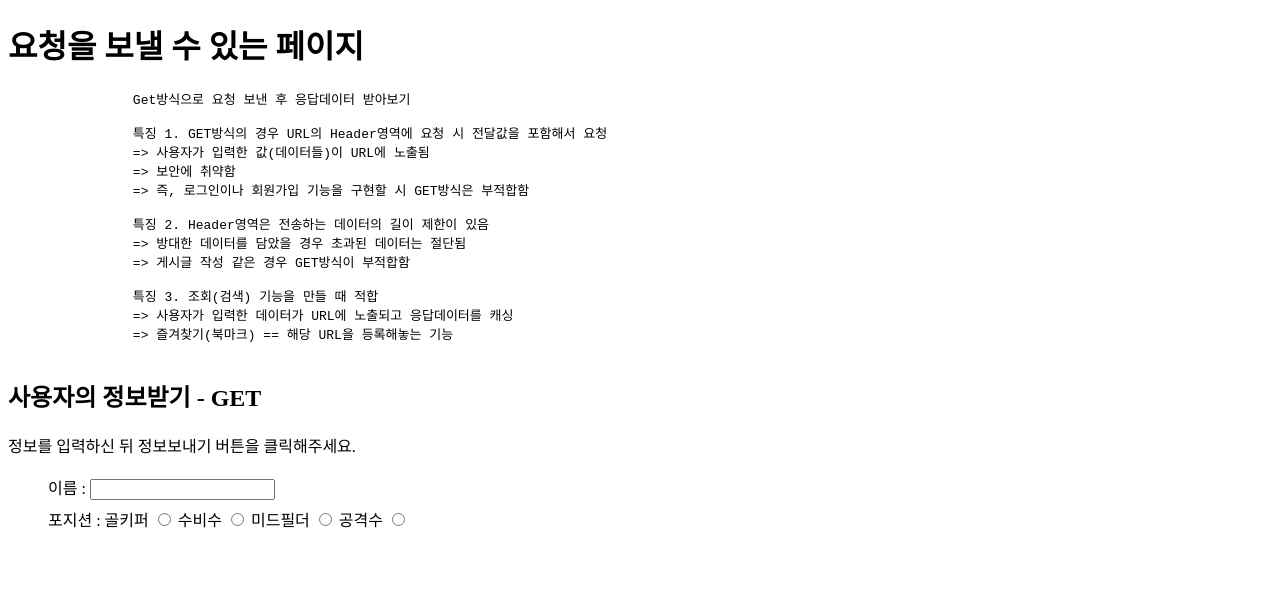
Repository: rlaehqkf/java_practice
Page: MyFirstWebProject/src/main/webapp/views/request_get.html
The author's editor kept a copy of each file at every save. The page is drawn from the files as they stood at one save, then again after the next save.
The browser window is 1280 px wide. The pictures show the whole page.

Above is the page before, as saved 2026-05-04 08:31:24.

After the next save:
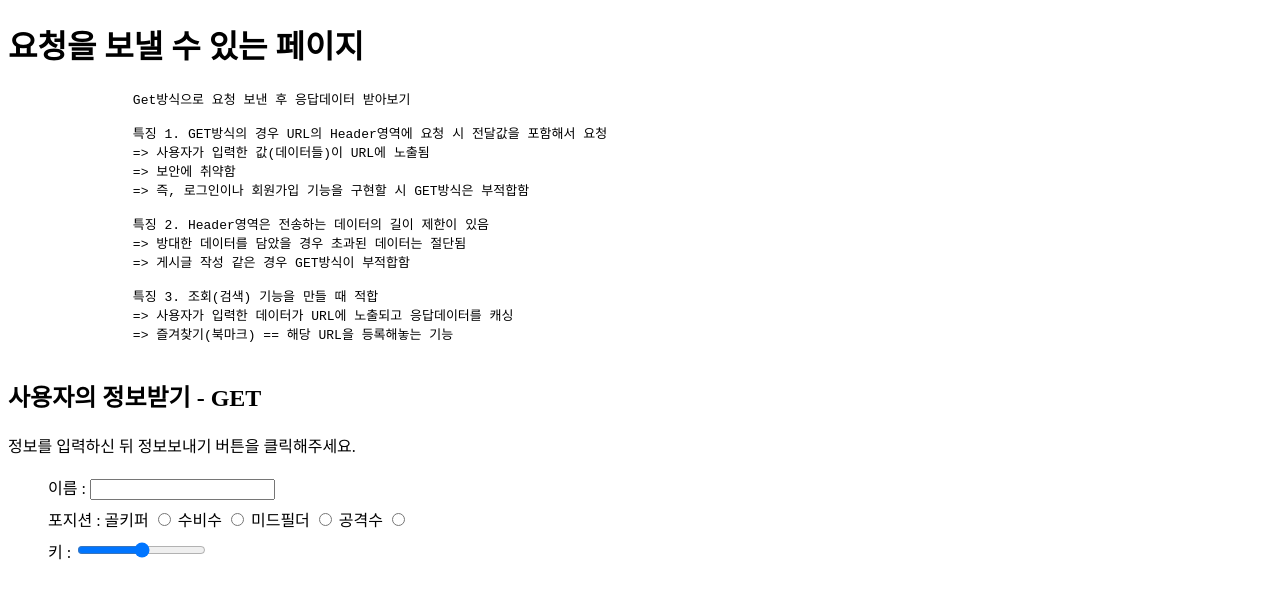
Saved 96 s later.
--- a/MyFirstWebProject/src/main/webapp/views/request_get.html
+++ b/MyFirstWebProject/src/main/webapp/views/request_get.html
@@ -105,7 +105,7 @@
 				공격수 <input type="radio" name="position" />
 			</li>
 			<li>
-
+				키 : <input type="range" min="100" max="300" name="height"/>
 			</li>
 			<li>
 
